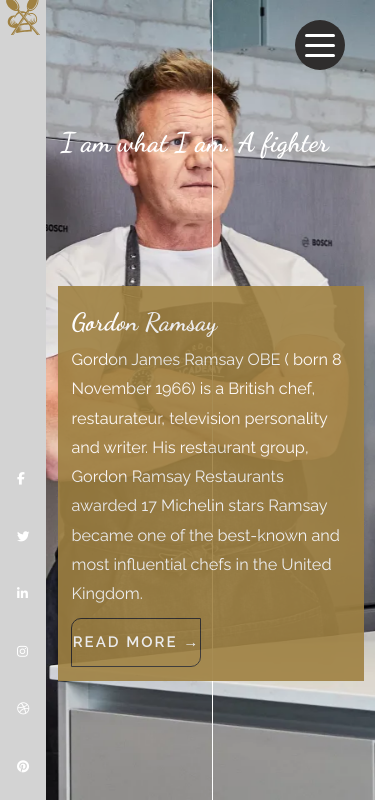
Repository: Esraa22M/Gordon-Ramsay-Biography
Page: index.html
These files come from the project's save history. The page is drawn as it stood at one moment and after the next save; the edit follows.
The browser window is 375 px wide. The pictures show the whole page.
Some web libraries are served in a nearby version.

Above is the page before, as saved 2022-12-13 16:44:50.

After the next save:
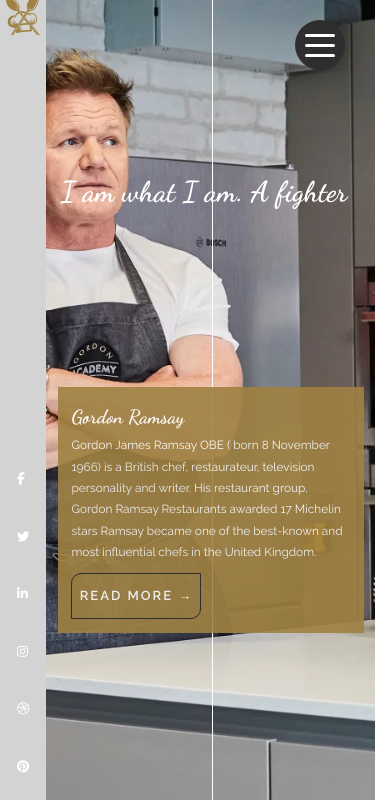
Saved 4 min 50 s later.
--- a/style.css
+++ b/style.css
@@ -171,28 +171,28 @@
 }
 .show-case__word {
   width: 30rem;
-  font-size: calc(1rem + 4.5vw);
+  font-size: calc(1rem + 5vw);
 }
 .show-case__content-title {
-  font-size: calc(1rem + 4vw);
+  font-size: calc(1rem + 2.5vw);
 }
 .show-case__content-title,
 .show-case__word {
   font-family: var(--ff-secondary);
 }
 .show-case__content--bio {
-  font-size: calc(1.25rem + 1vw);
+  font-size: calc(1rem + 0.5vw);
 }
 .show-case__content--link:visited,
 .show-case__content--link:link {
-  padding: 1rem  0;
+  padding: 1rem 0;
   transition: all 0.5s ease-in-out;
   width: 13rem;
   text-align: center;
     margin-top: 1rem;
 
   text-transform: uppercase;
-  font-size: 1.5rem;
+  font-size: 1.3rem;
   position: relative;
   border: 1px solid var(--clr-neutral-200);
   border-bottom-right-radius: 1rem 1rem;
@@ -211,13 +211,13 @@
   transform-origin: right;
   transition: transform 0.4s;
 }
-.show-case__content--link:active:hover,.show-case__content--link:link:hover
+.show-case__content--link:visited:hover,.show-case__content--link:link:hover
 {
   border-radius: unset;
   border: unset;
 }
-.show-case__content--link:link:hover::after,
-.show-case__content--link:active:hover::after {
+.show-case__content--link:hover::after,
+.show-case__content--link:active::after {
   transform: scaleX(1);
     transform-origin: left;
 
@@ -308,8 +308,4 @@
   .fade {
     opacity: 1;
   }
-    section#show-case {
-    align-items: center;
-    background-position: 10%;
-  }
-}
+}
